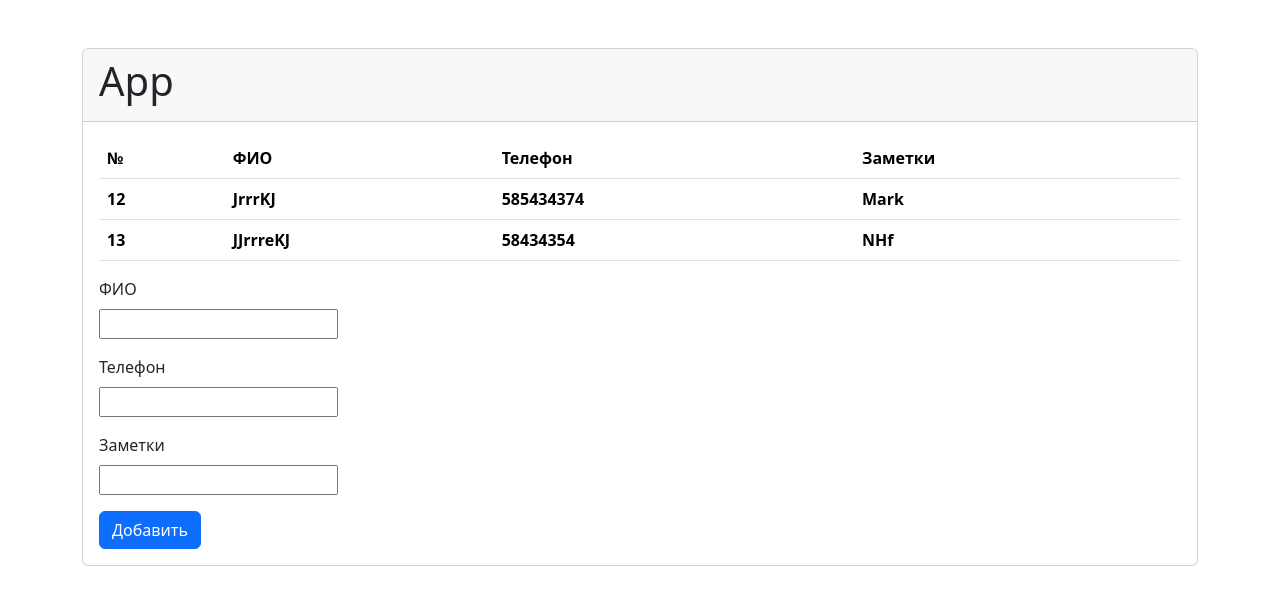
Repository: tatacheba/appstepikjavareact
Page: / (app in client/)
An editor plug-in stored every save of this project. The page is shown before and after the next save, followed by the edit.
The browser window is 1280 px wide. The pictures show the whole page.
The project was rebuilt for these pictures with package versions that can differ from the ones it lists, and the page was loaded fresh each time. Also part of the build but not shown: client/src/App.css.

Above is the page before, as saved 2024-11-27 14:34:54.

After the next save:
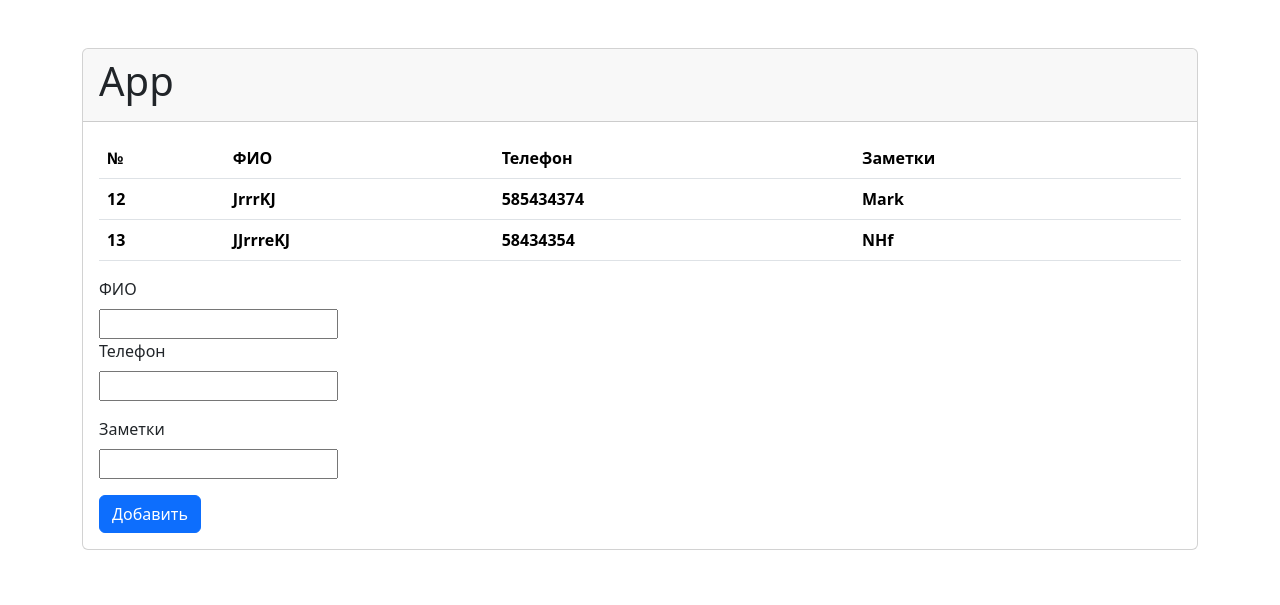
Saved 10 s later.
--- a/client/src/layouts/formNewItem/FormNewItem.js
+++ b/client/src/layouts/formNewItem/FormNewItem.js
@@ -4,7 +4,7 @@ function FormNewItem(props) {
     return (
         <form action="">
             <label className="form-label">ФИО</label>
-            <div className="mb-3">
+            <div className="mb-12">
                 <input type="text" />
             </div>
             <label className="form-label">Телефон</label>
